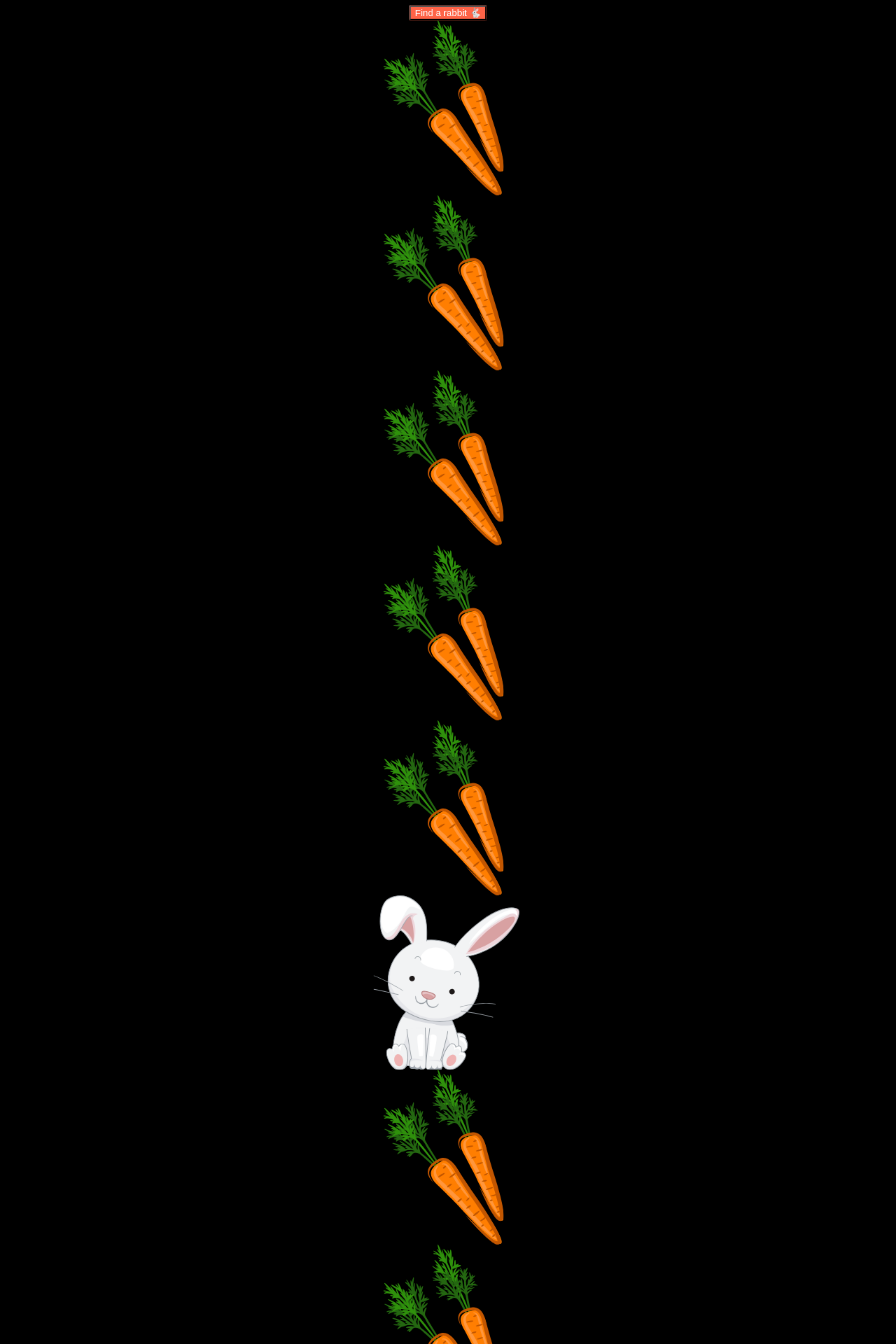
Repository: woojinShim/Browser-Study
Page: rabbits/index.html
These files come from the project's save history. The page is drawn as it stood at one moment and after the next save; the edit follows.
The browser window is 1280 px wide. The pictures show the part of the page from y = 0 to 1920 px (the page is 2536 px tall before and 2568 px after), at 70% of full size.

Above is the page before, as saved 2022-02-03 00:27:13.

After the next save:
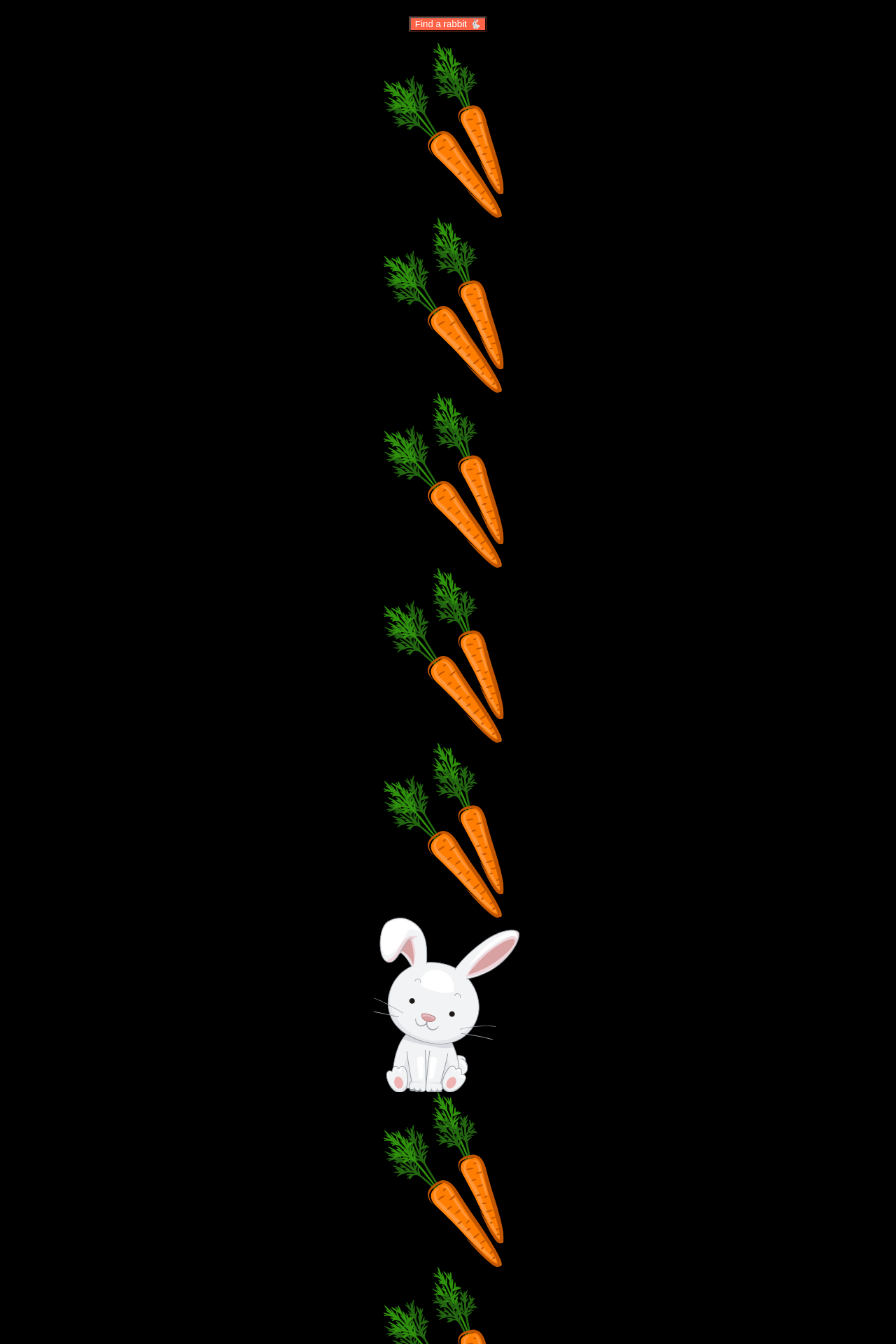
Saved 19 s later.
--- a/rabbits/index.html
+++ b/rabbits/index.html
@@ -19,6 +19,7 @@
         outline: none;
         background-color: tomato;
         color: white;
+        margin: 16px 0;
       }
     </style>
   </head>
